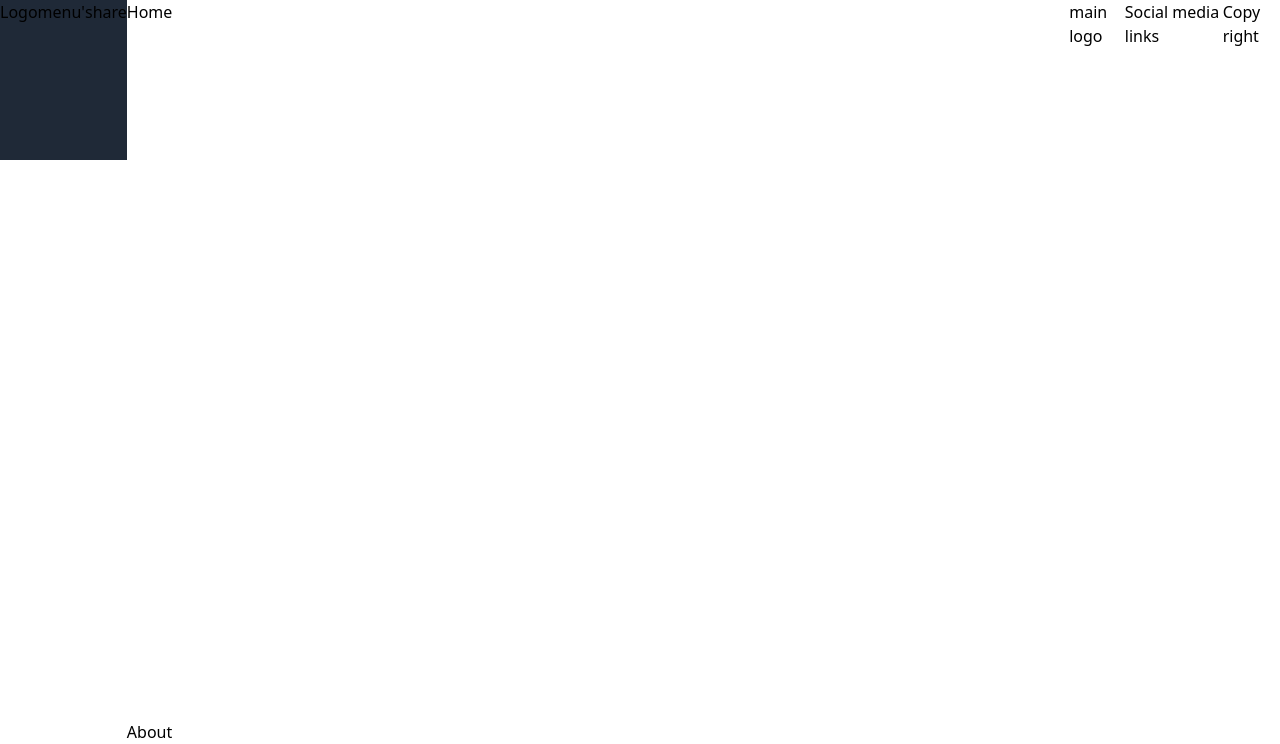
Repository: linco6054/template-tailwindcss
Page: index.html
An editor plug-in stored every save of this project. The page is shown before and after the next save, followed by the edit.
The browser window is 1280 px wide. The pictures show the whole page.

Above is the page before, as saved 2021-08-17 14:13:27.

After the next save:
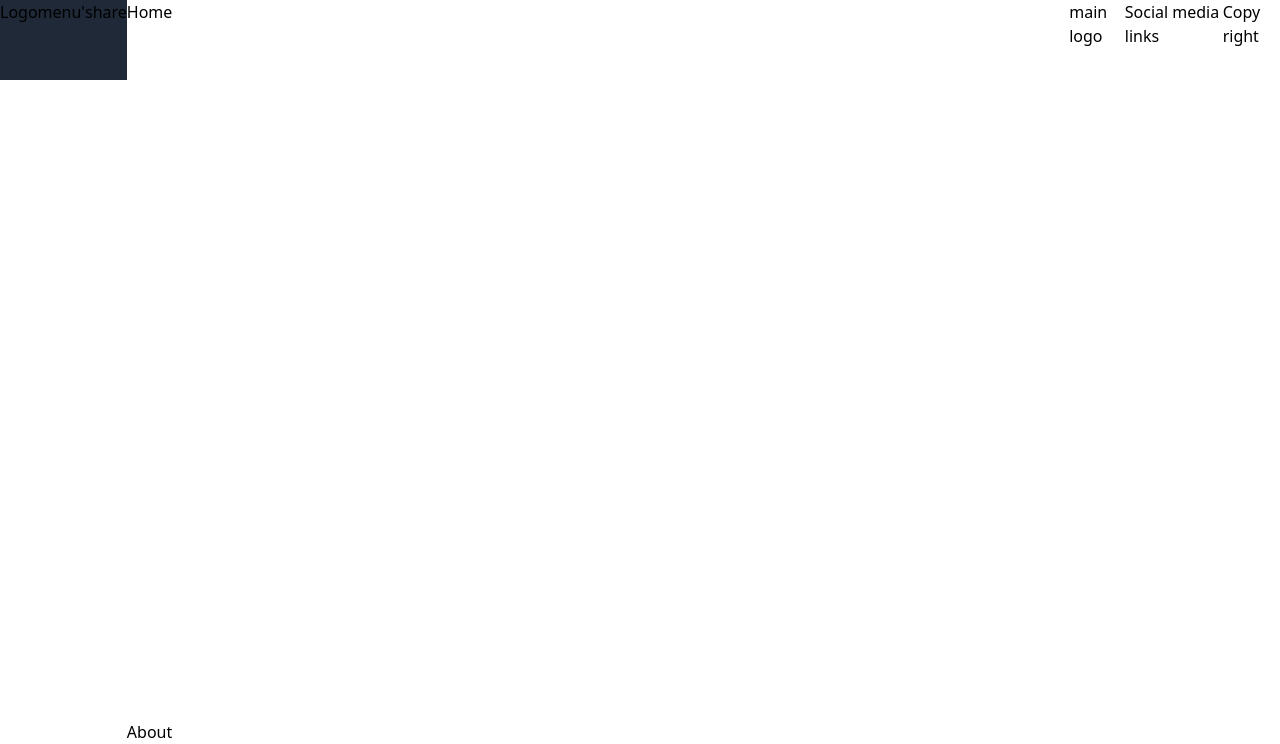
Saved 16 s later.
--- a/index.html
+++ b/index.html
@@ -13,7 +13,7 @@
   </head>
   <body class="max-w-full h-auto flex flex-col md:flex-row">
     <!-- nav -->
-    <nav class="bg-gray-800 h-40 flex">
+    <nav class="bg-gray-800 h-20 flex">
       <span>Logo</span>
       <span>menu</span>'
       <span>share</span>
